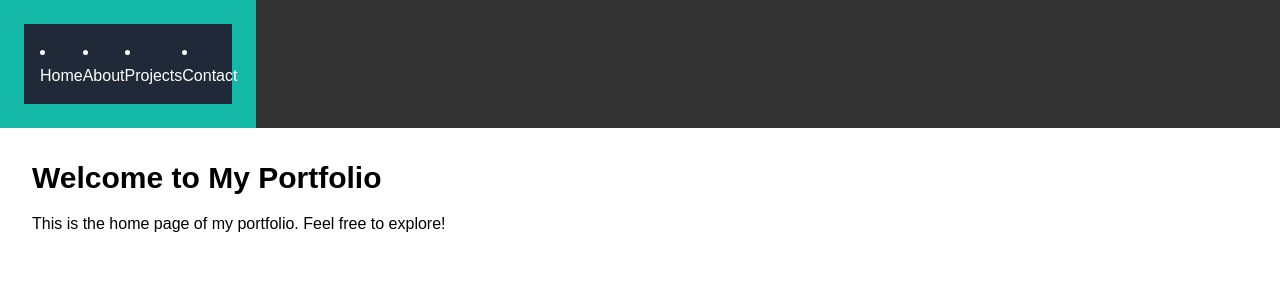
Repository: feyroozecode/feyroozecode.github.io
Page: index.html
These files come from the project's save history. The page is drawn as it stood at one moment and after the next save; the edit follows.
The browser window is 1280 px wide. The pictures show the whole page.
Some web libraries are served in a nearby version.

Above is the page before, as saved 2023-11-30 21:28:57.

After the next save:
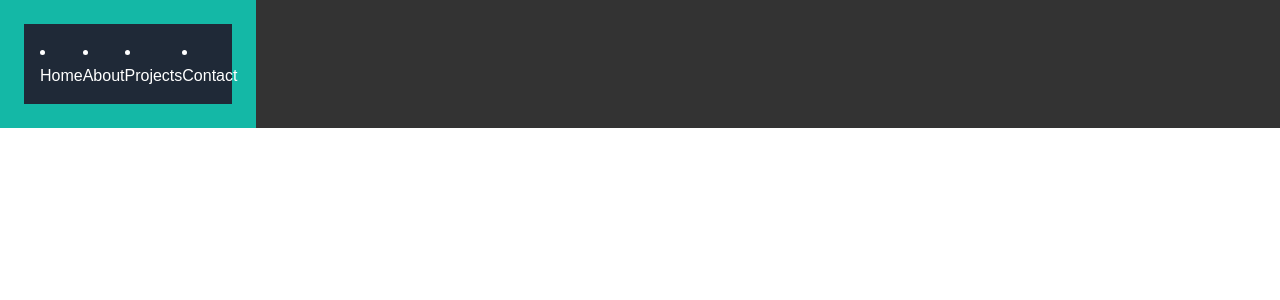
Console error: SyntaxError: Unexpected token ';'
Saved 9 s later.
--- a/index.html
+++ b/index.html
@@ -83,10 +83,7 @@
   const home = ``
 
   function renderHome() {
-    document.getElementById('app').innerHTML = `
-      <h2 class="text-3xl font-bold mb-4">Welcome to My Portfolio</h2>
-      <p>This is the home page of my portfolio. Feel free to explore!</p>
-    `;
+    document.getElementById('app').innerHTML = ;
   }
 
   function renderAbout() {

After the 3 saves that followed:
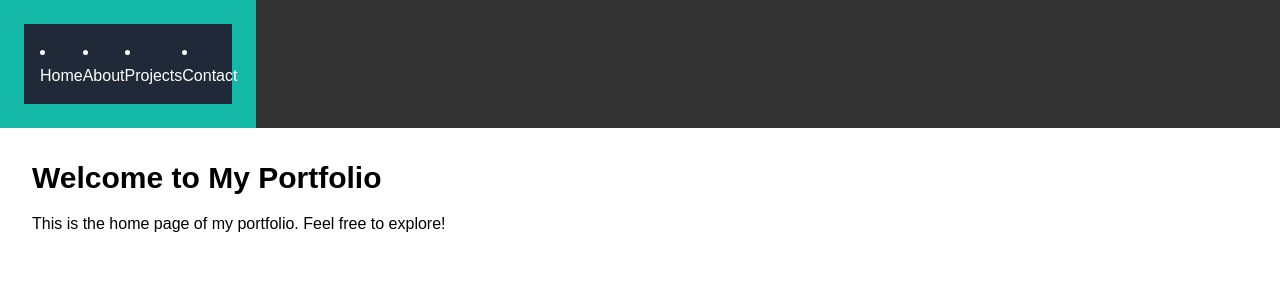
The error is gone.
The 3 saves are shown as one change because they came seconds apart.
The last was saved 8 s later.
--- a/index.html
+++ b/index.html
@@ -80,10 +80,13 @@
     }
   }
 
-  const home = ``
+  const home = ` <h2 class="text-3xl font-bold mb-4">Welcome to My Portfolio</h2>
+      <p>This is the home page of my portfolio. Feel free to explore!</p>
+    `
+
 
   function renderHome() {
-    document.getElementById('app').innerHTML = ;
+    document.getElementById('app').innerHTML = home ;
   }
 
   function renderAbout() {
